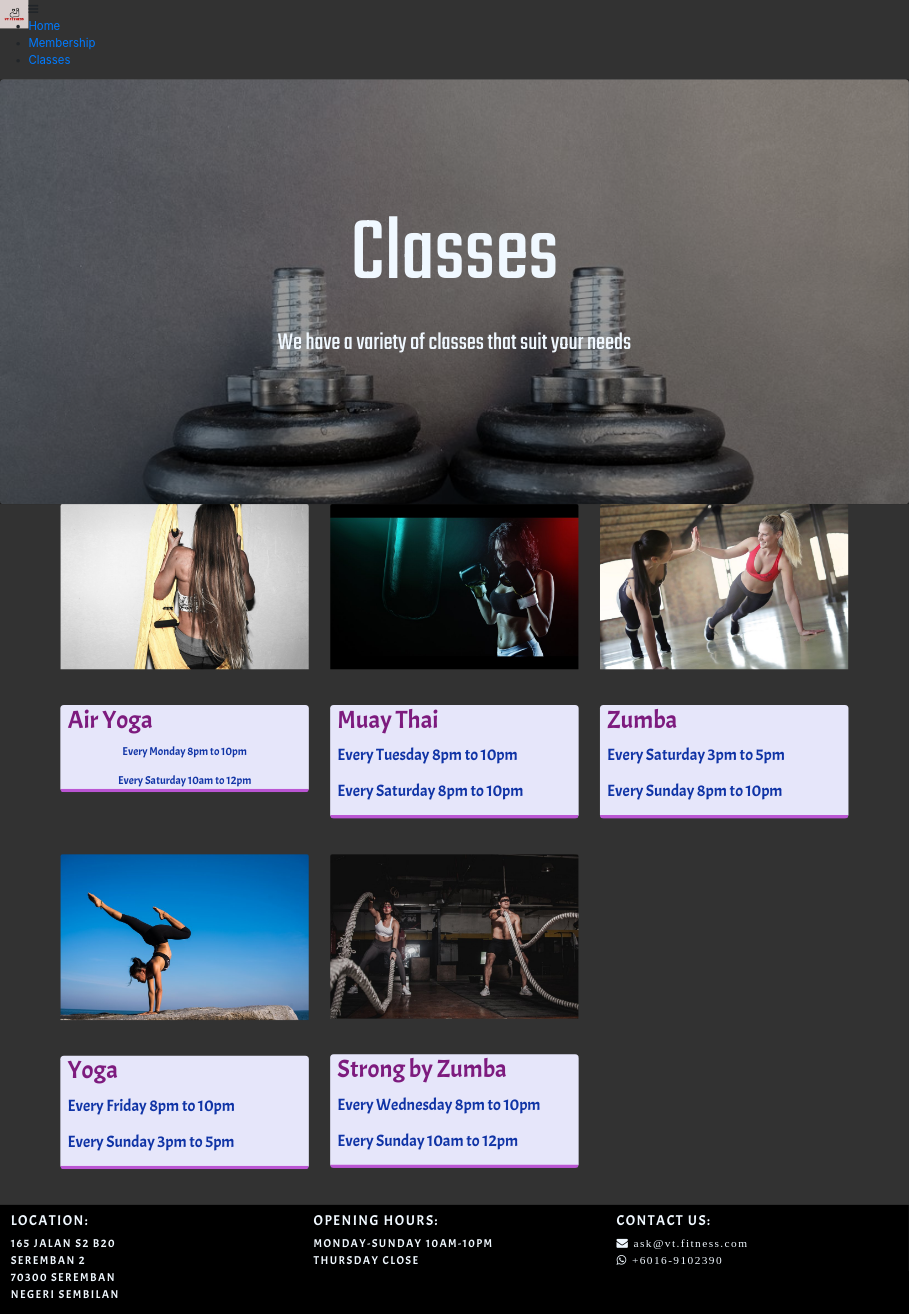
Repository: Code-Institute-Submissions/Project-One-6
Page: classes.html
The author's editor kept a record of every edit. The page is drawn from the files as they stood at one moment, then again after the next edit.
The browser window is 1280 px wide. The pictures show the whole page, at 71% of full size.

Above is the page before.

After the next edit:
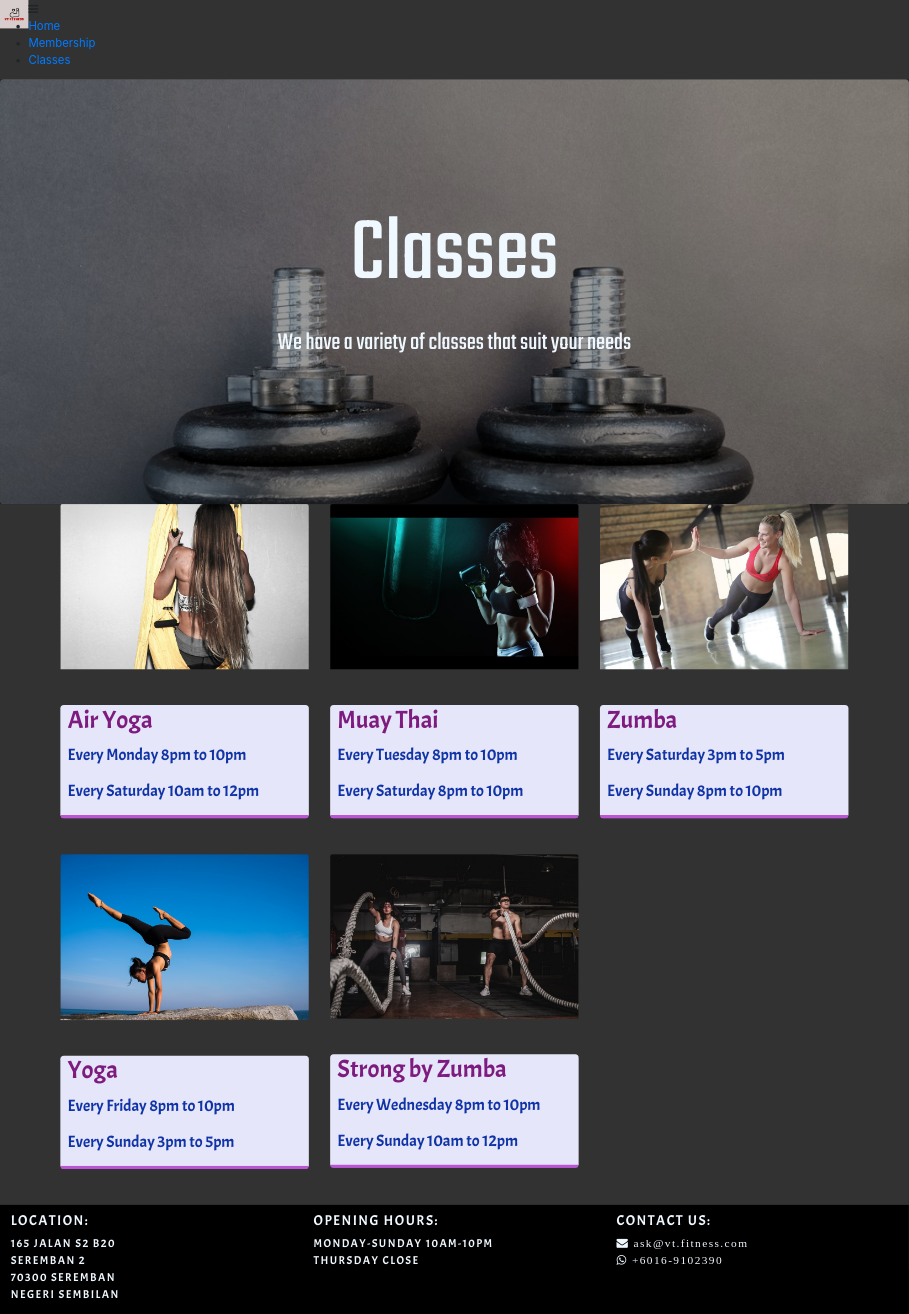
The edit:
--- a/classes.html
+++ b/classes.html
@@ -43,8 +43,8 @@
                 <img src="images/air yoga.jpg" class="card-img-top">
                 <div class="card-body-class">
                     <h4 class="card-title">Air Yoga</h4>
-                    <p class="card-text">Every Monday 8pm to 10pm</p>
-                    <p class="card-text">Every Saturday 10am to 12pm</p>
+                    <p class="text">Every Monday 8pm to 10pm</p>
+                    <p class="text">Every Saturday 10am to 12pm</p>
                 </div>
             </div>
             <div class="col-sm-12 col-md-4">
